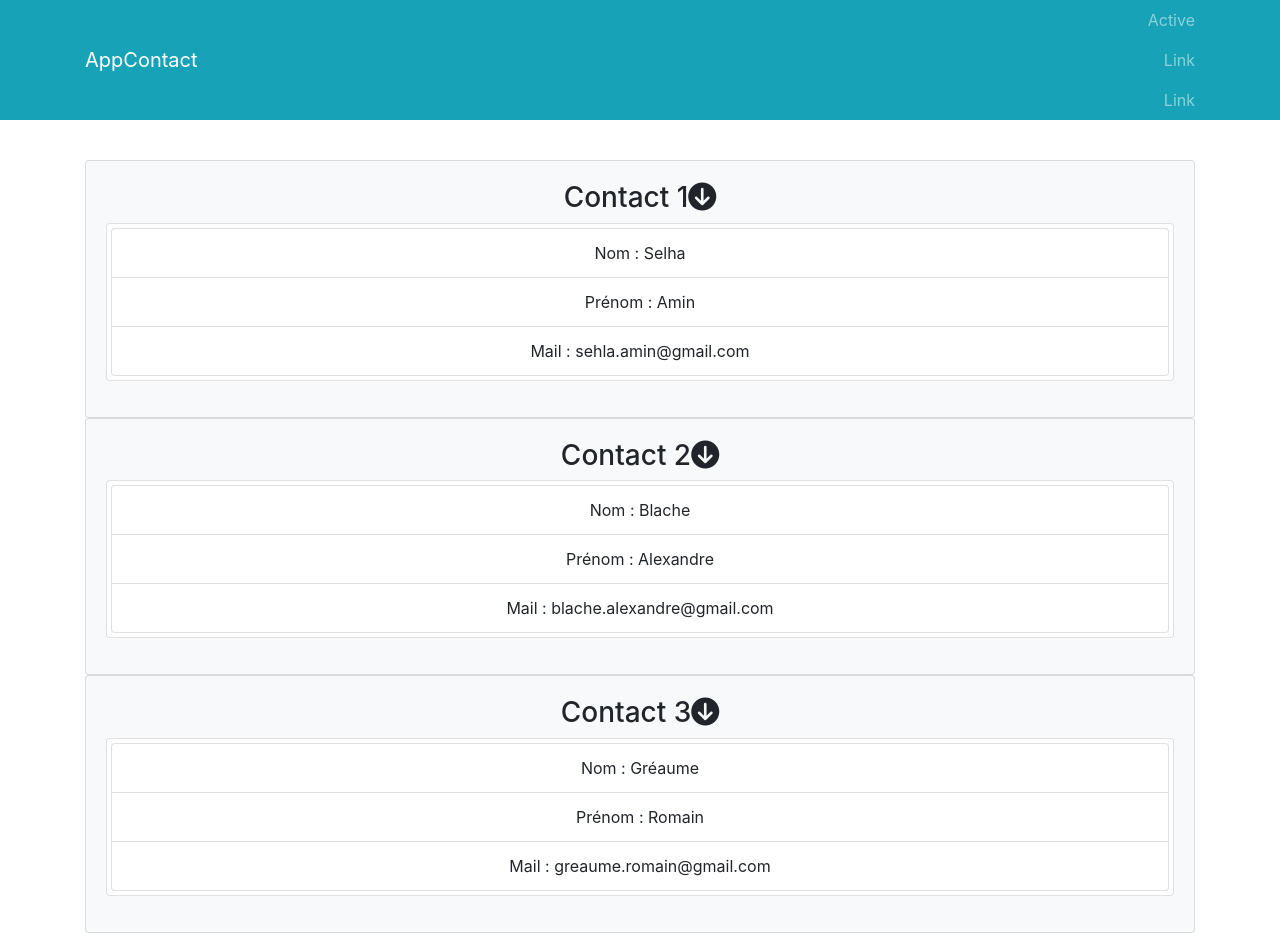
Repository: romgrm/appContact
Page: /
These files come from the project's save history. The page is drawn as it stood at one moment and after a run of saves; the edit follows.
The browser window is 1280 px wide. The pictures show the whole page.
Some web libraries are served in a nearby version. The project was rebuilt for these pictures with package versions that can differ from the ones it lists, and the page was loaded fresh each time.

Above is the page before, as saved 2020-12-02 21:23:37.

After the next 2 saves:
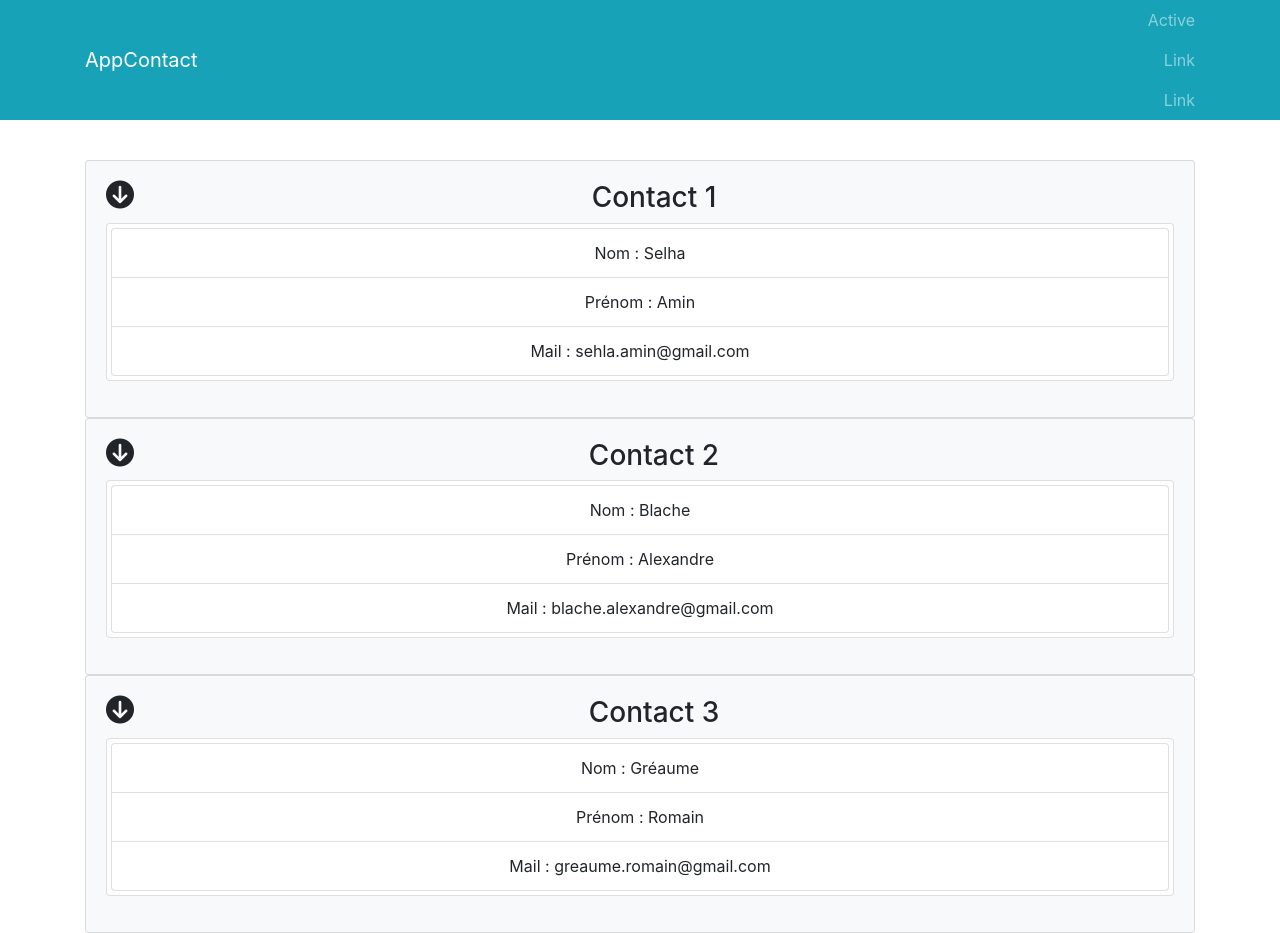
The 2 saves are shown as one change because they came seconds apart.
The last was saved 7 s later.
--- a/src/Components/Contact.js
+++ b/src/Components/Contact.js
@@ -4,7 +4,7 @@ export default class Contact extends Component {
     render() {
         return (
             <div className="card card-body bg-light text-center">
-                <p className="h3">{this.props.Contact}<i className="fas fa-arrow-circle-down" style={{}}></i></p>
+                <p className="h3">{this.props.Contact}<i className="fas fa-arrow-circle-down" style={{float:"left"}}></i></p>
                 <ul className="card card-body p-1">
                     <li className="list-group-item"> Nom : {this.props.Nom}</li>
                     <li className="list-group-item"> Prénom : {this.props.Prenom}</li>
